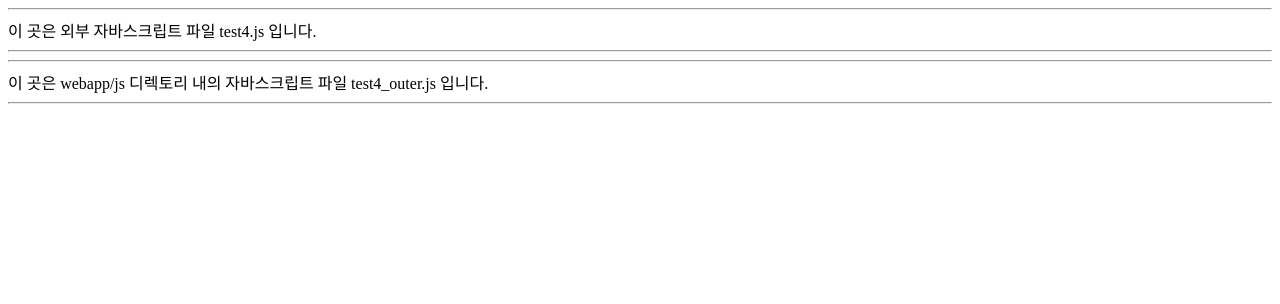
Repository: KimMinseooo/itwillStudy
Page: BACKEND/JSP/workspace_jsp/StudyJavascript/src/main/webapp/js02_1029/test4.html
The author's editor kept a copy of each file at every save. The page is drawn from the files as they stood at one save, then again after the next save.
The browser window is 1280 px wide. The pictures show the whole page.

Above is the page before, as saved 2024-10-29 05:47:43.

### BACKEND/JSP/workspace_jsp/StudyJavascript/src/main/webapp/js02_1029/test4.html
<!DOCTYPE html>
<html>
<head>
<meta charset="UTF-8">
<title>Insert title here</title>
<!--
[ 외부 자바스크립트 파일 불러오기]
-<script> 태그의 src속성을 통해 불러올 외부 자바스크립트 파일 지정
- 절대경로 또는 상대경로 모두 사용 가능
- 외부 자바스크립트와 내부 자바스크립트 모두 차례대로 실행됨
- 주의! 외부파일을 불러오는 <script> 태그 내에 자바스크립트 코드 작성 시 동작하지 않는다 .
 -->
<script src="./test4.js"></script>
<script type="text/javascript">
alert("확인2");
</script>


<script type="text/javascript" src="../js/test4_outer.js">

alert("확인3333333");
console.log("확인33333333");

</script>


</head>
<body>

</body>
</html>

### BACKEND/JSP/workspace_jsp/StudyJavascript/src/main/webapp/js02_1029/test4.js
/**

이 파일은 외부 자바스크립트 파일이며 자바스크립트 코드 전용 파일.
자바스크립트 파일 내에서는 <script> 태그 없이 자바스크립트 코드 작성함.
또한, 이 파일은 직접 실행되는 것이 아니라
HTML 문서의 <script> 태그를 사용하여 문서 내에 포함시켜 사용

 */

alert("확인");
console.log("외부 자바스크립트 파일 test4.js");
document.write("<hr>");
document.write("이 곳은 외부 자바스크립트 파일 test4.js 입니다. ");
document.write("<hr>");

### BACKEND/JSP/workspace_jsp/StudyJavascript/src/main/webapp/js/test4_outer.js
alert("확인");
console.log("외부 자바스크립트 파일 test4_outer.js");
document.write("<hr>");
document.write("이 곳은 webapp/js 디렉토리 내의 자바스크립트 파일 test4_outer.js 입니다. ");
document.write("<hr>");

After the next save:
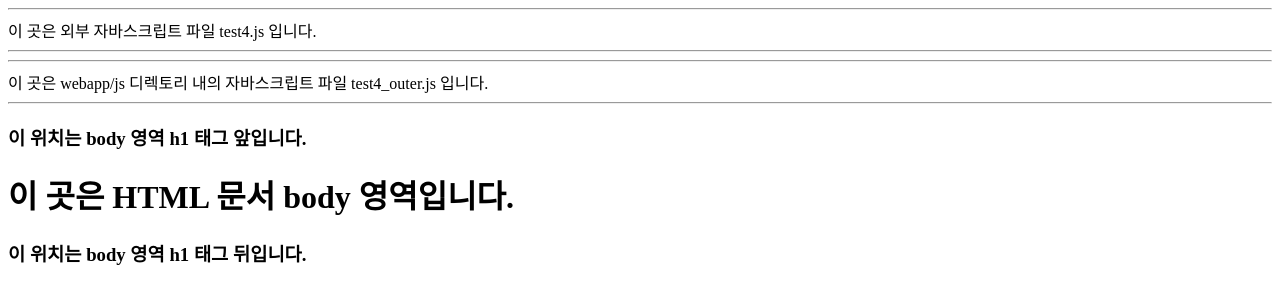
Saved 2 min 57 s later.
--- a/BACKEND/JSP/workspace_jsp/StudyJavascript/src/main/webapp/js02_1029/test4.html
+++ b/BACKEND/JSP/workspace_jsp/StudyJavascript/src/main/webapp/js02_1029/test4.html
@@ -27,5 +27,19 @@ console.log("확인33333333");
 </head>
 <body>
 
+<script type="text/javascript">
+	document.write("<h3>이 위치는 body 영역  h1 태그 앞입니다. </h3>");
+	console.log("이 위치는 body 영역 h1 태그 앞입니다.");
+
+</script>
+
+	<h1>이 곳은 HTML 문서 body 영역입니다.</h1>
+
+<script type="text/javascript">
+	document.write("<h3>이 위치는 body 영역  h1 태그 뒤입니다. </h3>");
+	console.log("이 위치는 body 영역 h1 태그 뒤입니다.");
+
+</script>
+
 </body>
 </html>
